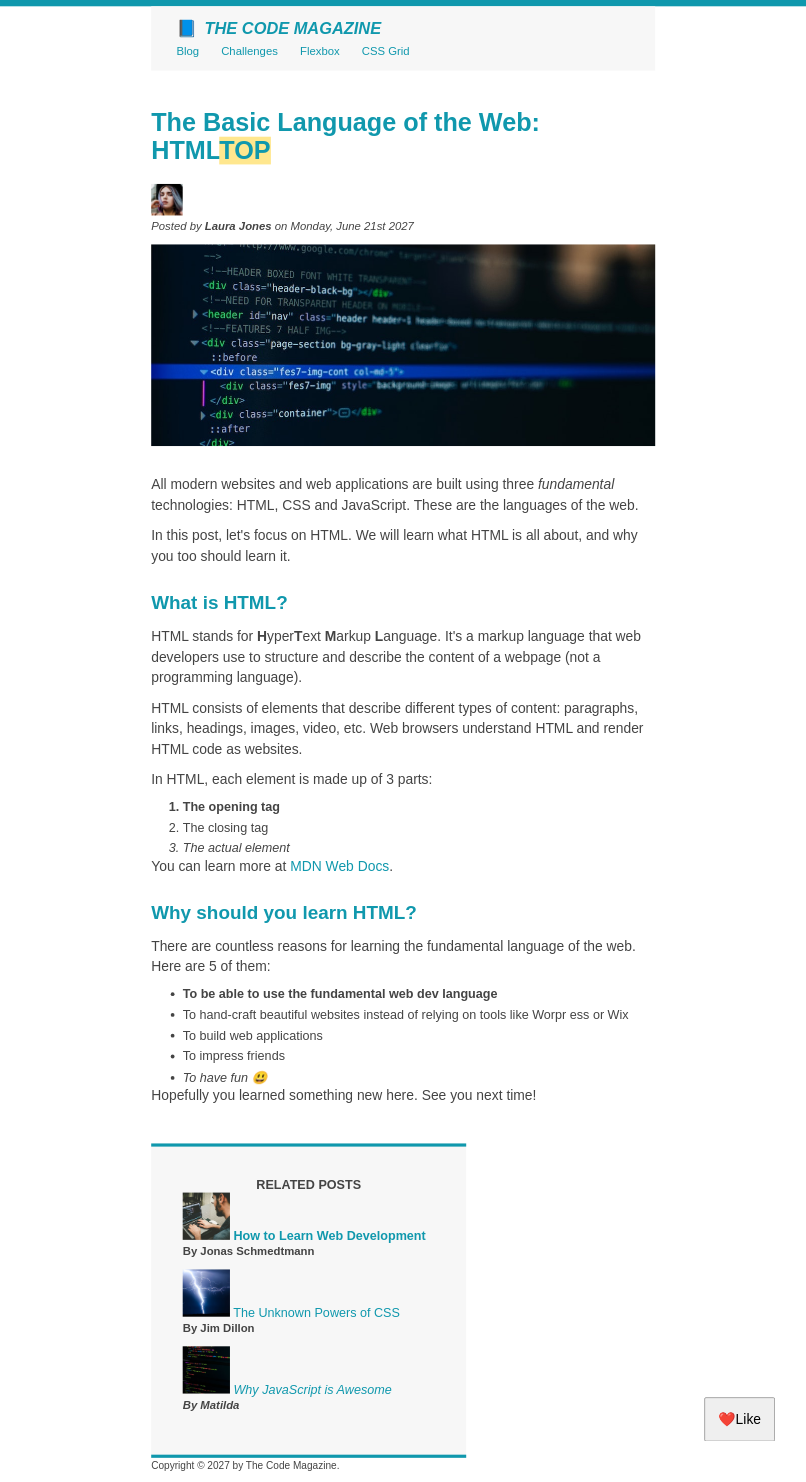
Repository: sunny070/CSS
Page: #1/index.html
These files come from the project's save history. The page is drawn as it stood at one moment and after a run of saves; the edit follows.
The browser window is 1280 px wide. The pictures show the whole page, at 63% of full size.

Above is the page before, as saved 2023-11-06 13:06:43.

### #1/index.html
<!DOCTYPE html>
<html lang="en">
  <head>
    <meta charset="UTF-8" />
    <title>The Basic Language of the Web: HTML</title>
    <link rel="stylesheet" href="style.css">
  </head>

  <body>
    <!--
    <h1>The Basic Language of the Web: HTML</h1>
    <h2>The Basic Language of the Web: HTML</h2>
    <h3>The Basic Language of the Web: HTML</h3>
    <h4>The Basic Language of the Web: HTML</h4>
    <h5>The Basic Language of the Web: HTML</h5>
    <h6>The Basic Language of the Web: HTML</h6>
    -->
<div class="container">
    <header class="main-header">
      <h1>📘 The Code Magazine</h1>

      <nav>
        <a href="blog.html">Blog</a>
        <a href="#">Challenges</a>
        <a href="#">Flexbox</a>
        <a href="#">CSS Grid</a>
      </nav>
    </header>

    <article>
      <!-- <p>Test</p> -->
      <header class="post-header">
        <h2>The Basic Language of the Web: HTML</h2>

        <img
          src="img/laura-jones.jpg"
          alt="Headshot of Laura Jones"
          height="50"
          width="50"

        />

        <p id="author">Posted by <strong>Laura Jones</strong> on Monday, June 21st 2027</p>

        <img
          src="img/post-img.jpg"
          alt="HTML code on a screen"
          width="500"
          height="200"
          class="post-img"
        />
  <button class="">❤️Like</button>

      </header>

      <p>
        All modern websites and web applications are built using three
        <em>fundamental</em>
        technologies: HTML, CSS and JavaScript. These are the languages of the
        web.
      </p>

      <p>
        In this post, let's focus on HTML. We will learn what HTML is all about,
        and why you too should learn it.
      </p>

      <h3>What is HTML?</h3>
      <p>
        HTML stands for <strong>H</strong>yper<strong>T</strong>ext
        <strong>M</strong>arkup <strong>L</strong>anguage. It's a markup
        language that web developers use to structure and describe the content
        of a webpage (not a programming language).
      </p>
      <p>
        HTML consists of elements that describe different types of content:
        paragraphs, links, headings, images, video, etc. Web browsers understand
        HTML and render HTML code as websites.
      </p>
      <p>In HTML, each element is made up of 3 parts:</p>

      <ol>
        <li class="first-li">The opening tag</li>
        <li>The closing tag</li>
        <li>The actual element</li>
      </ol>

      <p>
        You can learn more at
        <a
          href="https://developer.mozilla.org/en-US/docs/Web/HTML"
          target="_blank"
          >MDN Web Docs</a
        >.
      </p>

      <h3>Why should you learn HTML?</h3>

      <p>
        There are countless reasons for learning the fundamental language of the
        web. Here are 5 of them:
      </p>

      <ul>
        <li class="first-li">To be able to use the fundamental web dev language</li>
        <li>
          To hand-craft beautiful websites instead of relying on tools like
          Worpr ess or Wix
        </li>
        <li>To build web applications</li>
        <li>To impress friends</li>
        <li>To have fun 😃</li>
      </ul>

      <p>Hopefully you learned something new here. See you next time!</p>
    </article>

    <aside>
      <h4>Related posts</h4>

      <ul class="related">
        <li>
          <img
            src="img/related-1.jpg"
            alt="Person programming"
            width="75"
            width="75"
          />
          <a href="#">How to Learn Web Development</a>
          <p class="related-author">By Jonas Schmedtmann</p>
        </li>
        <li>
          <img src="img/related-2.jpg" alt="Lightning" width="75" heigth="75" />
          <a href="#">The Unknown Powers of CSS</a>
          <p class="related-author">By Jim Dillon</p>
        </li>
        <li>
          <img
            src="img/related-3.jpg"
            alt="JavaScript code on a screen"
            width="75"
            height="75"
          />
          <a href="#">Why JavaScript is Awesome</a>
          <p class="related-author">By Matilda</p>
        </li>
      </ul>
    </aside>

    <footer> <p id="copyright" class="copyright text">Copyright &copy; 2027 by The Code Magazine.</p> </footer>
  </div>
  </body>
</html>

### #1/style.css
*{
    margin:0;
    padding:0;
    box-sizing: border-box;

}

/* PAGE SECTION */
body{
    /* color:red; */
    color:#444;
    font-family: sans-serif;
    border-top:10px solid #1098ad;
    position: relative;

}
.container{
    width: 800px;
    /* margin-left: auto;
    margin-right: auto; */
    margin:0 auto;
    /* position: relative; */

}
.main-header{
    background-color:#f7f7f7 ;
    /* padding: 20px;
    padding-left: 40px;
    padding-right:40px; */
    padding:20px 40px;
    margin-bottom:60px;
    /* height:80px; */
}
nav {
    font-size: 18px;
    }

article{
    margin-bottom:60px;
}



.post-header{
    margin-bottom:40px;
    /* position: relative; */

}
aside{
    background-color:#f7f7f7;
    border-top: 5px solid #1098ad;
    border-bottom: 5px solid #1098ad;
    /* padding-top:50px;
    padding-bottom:50px; */
    padding: 50px 0;
    width:500px;

}
/* SMALLER ELEMENTS */
h1,h2,h3{
    color:#1098ad;
}

h1{

    font-size: 26px;

    text-transform: uppercase;
    font-style: italic;

}
h2{
    font-size: 40px;
    margin-bottom:30px;


}
h3{
    font-size: 30px;
    margin-bottom:20px;
    margin-top:40px;

}
h4{
    font-size:20px;
    font-family:sans-serif;
    text-transform: uppercase;
    text-align: center;
}
p{
    font-size: 22px;
    /* display:inline ; */
    line-height: 1.5;
    margin-bottom:15px;
}

ul,ol{
    margin-left:50px;
}
li{
    /* display:inline ; */
    font-size: 20px;
    margin-bottom:10px ;
}
li:last-child{
    margin-bottom: 0;
}
/* footer p{
    font-size:16px ;
} */

/* article header p{
    font-style: italic;
} */

#author{
    font-style: italic;
    font-size: 18px;
}
#copyright{
    font-size :16px;
}

.related-author{
    font-size:18px;
    font-weight:bold;
}
/* ul{
  list-style: none;
} */

.related{
    list-style: none;
}


/* .first-li{
    font-weight: bold;
} */
li:first-child{
    font-weight: bold;
}

li:last-child{
    font-style: italic;
}
li:nth-child(even){
    /* color:red; */
}

/* Misconception this won't work */
article p:first-child{
    color:red;
}

/* Style Links */
a:link{
    color:#1098ad;
    text-decoration: none;
}
a:visited{
    /* color:#777;
     */
     color: #1098ad;
}
a:hover{
    cursor: pointer;
    color:orange;
    font-weight: bold;
    text-decoration: underline orangered;
}
a:active{
    background-color:black;
    font-style: italic;
}
/* LVHA */

.post-img{
    width:100%;
    height: auto;
    /* margin: 100px; */
}
nav a:link{
    /* background-color: orangered;
    margin: 20px;
    padding: 20px;
    display: block; */
    margin-right:30px ;
    margin-top:10px;
    display: inline-block;
}
nav a:link:last-child{
    margin-right: 0;
}
button{
    font-size: 22px;
    padding: 20px;
    cursor:pointer;
    position: absolute;
    /* top: 50px;
    left: 50px; */
    bottom: 50px;
    right: 50px;
}
h1::first-letter{
    font-style:normal;
    margin-right:5px;
}
h3 + p::first-line{
    /* color:red;  */
}

h2::after{
    content:"TOP";
    background-color:#ffe78e;
    font-size:
}
/* resolving conflicts */
/* #copyright{
    color:red;
}
.copyright{
    color:blue;
}
.text{
    color:yellow;
}

footer p{
    color: #000;
} */

After the next 2 saves:
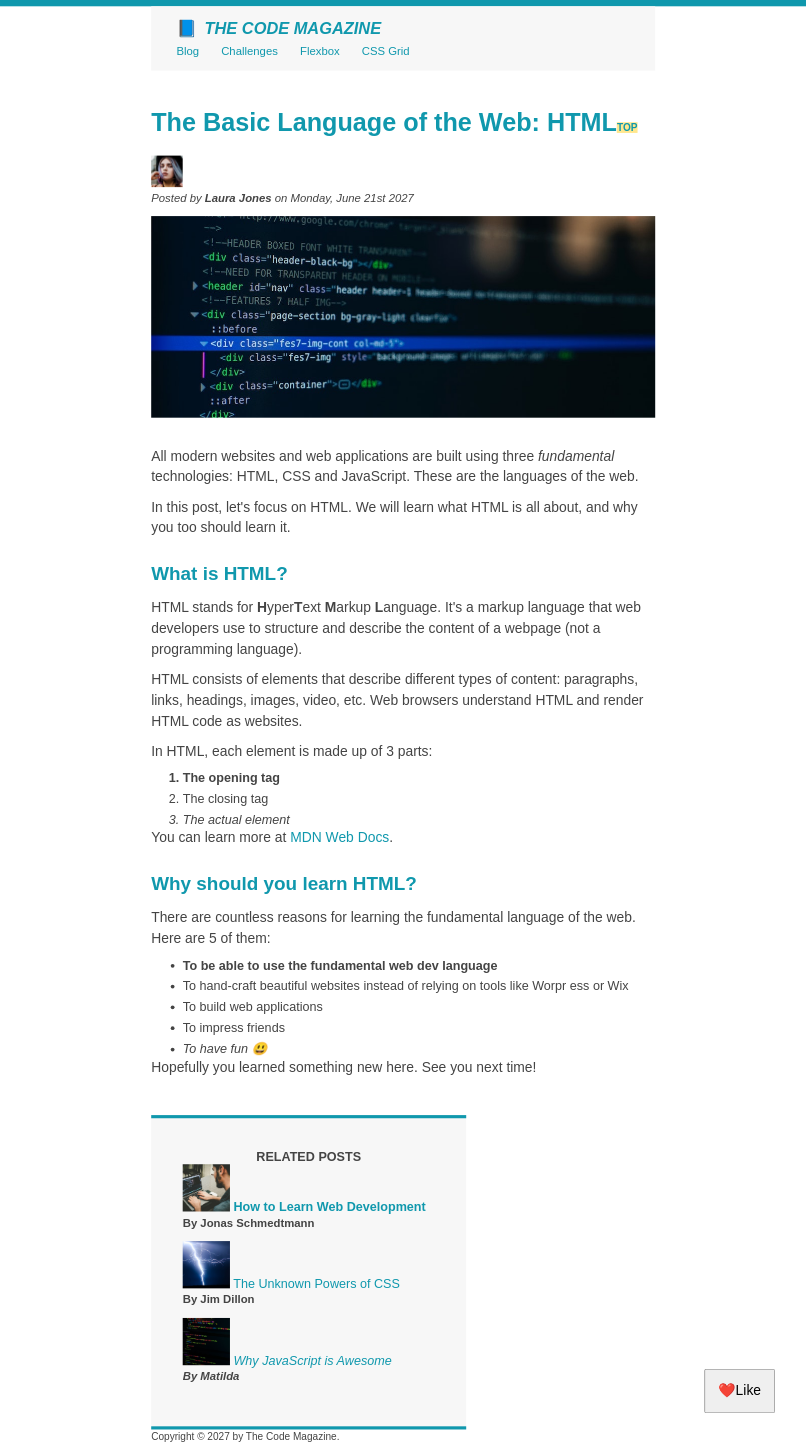
The 2 saves are shown as one change because they came seconds apart.
The last was saved 5 s later.
--- a/#1/style.css
+++ b/#1/style.css
@@ -213,7 +213,8 @@ h3 + p::first-line{
 h2::after{
     content:"TOP";
     background-color:#ffe78e;
-    font-size:
+    font-size:16px;
+
 }
 /* resolving conflicts */
 /* #copyright{
